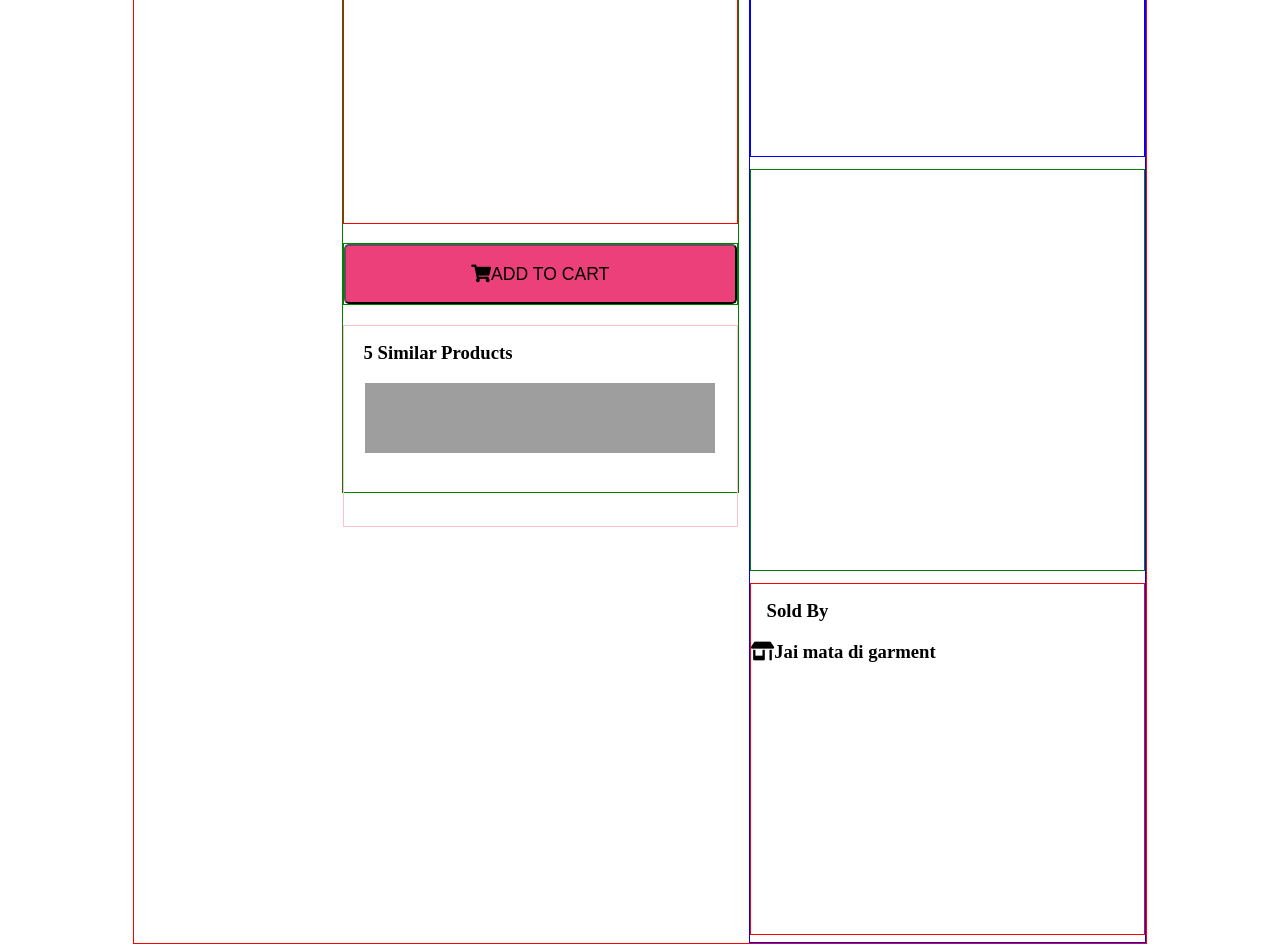
Repository: deepakxxxx/meesho
Page: catelog.html
These files come from the project's save history. The page is drawn as it stood at one moment and after a run of saves; the edit follows.
The browser window is 1280 px wide. The pictures show the part of the page from y = 419 to 1371 px (the page is 1371 px tall).
Pictures or frames that could not be fetched are drawn as grey boxes. A picture or video elsewhere on the page could not be fetched, so the positions and the page height are approximate.

Above is the page before, as saved 2021-11-06 17:40:51.

### catelog.html
<!DOCTYPE html>
<html lang="en">
<head>
    <meta charset="UTF-8">
    <meta http-equiv="X-UA-Compatible" content="IE=edge">
    <meta name="viewport" content="width=device-width, initial-scale=1.0">
    <link rel="stylesheet" href="https://use.fontawesome.com/releases/v5.15.4/css/all.css" integrity="sha384-DyZ88mC6Up2uqS4h/KRgHuoeGwBcD4Ng9SiP4dIRy0EXTlnuz47vAwmeGwVChigm" crossorigin="anonymous">
    <title>Document</title>
</head>
<style>
      #main{
        width: 100%;
        height: 136px;
        border: 1px solid white;
        margin: auto;
        /* position: fixed; */
    }
    #top{
        width: 100%;
        height: 70px;
        /* border: 1px solid red; */
        display: flex;

    }
    #left{
        display: flex;
        width: 55%;
    }
    #meesho{
      text-decoration: none;
      font-size: 50px;
      color: #F06292;
      font-weight: bold;
      margin-left: 25%;
      margin-top: 1%;
      /* margin-right: 0px; */
    }
    #search{
        /* margin-left: 30%; */
        height: 60px;
        width: 400px;
        border-radius: 6px;
        margin-top: 1%;
        /* margin-left: 0px; */
        border: 1px solid #BDBDBD;
        font-size: 90%;
        /* margin-right: 60%; */
    }
    #right{
        display: flex;
        list-style-type: none;
        column-gap: 30px;

    }
    #rightmain{
        width: 45%;
        margin-right: 6%;
        /* margin-top: 9px; */
    }
    #app{
        text-decoration: none;
        margin-left: 10px;
        margin-top: 9px;
        font-size: 103%;
        color: black;
    }
    #supp{
        text-decoration: none;
        margin-top: 9px;
        font-size: 103%;
        color: black;
    }
    #profile{
        text-decoration: none;
        font-size: 103%;
        color: black;
    }
    #cart{
        text-decoration: none;
        font-size: 103%;
        color: black;
    }
    #app:hover{
        color: #EC407A;
        text-decoration: underline;
    }
    #profile:hover{
        color: #EC407A;
        text-decoration: underline;
    }
    .line1{
        height: 30px;
    }
    .line2{
        color: #BDBDBD;
    }
    #heading
    {
        width: 73%;
        margin:  5% auto auto auto ;
        display: grid;
        grid-template-columns: 23% 54% 23%;
        padding: 1%;
        position: sticky;
    }
    #topic{
        margin-top:-15px;
        text-align: center;
    }
    #collection{
        display: flex;
        margin-left: 2%;
        list-style-type: none;
        font-size: 105%;
        column-gap: 63px;

    }
    ul > a{
        text-decoration: none;
        color: black;
    }
    ul > a :hover{
        color: #EC407A;
        /* text-decoration: underline; */
    }
    #container{
        width: 80%;
        border: 1px solid red;
        margin: auto;
        display: flex;
        margin-top: 1%;
        column-gap: 1%;
    }
    #smallImg{
        width: 20%;
        /* border: 1px solid blue; */
        height: 300px;
    }
    #bigImg{
        width: 40%;
        border: 1px solid green;
        height: 750px;
    }
    #descr{
        width: 40%;
        border: 1px solid blue;
        height: 1200px;
    }
    .product_sneek_peek{
        width: 70px;
        height: 70px;
        border: 1px solid red;
        margin-left: 69%;
        border-radius: 5px;
    }
    #imgDi{
        width: 99.5%;
        height: 480px;
        border: 1px solid red;
    }
    #addto{
        width: 99.5%;
        height: 60px;
        border: 1px solid green;
        margin-top: 5%;
    }
    #addto > button{
        width: 100%;
        height: 100%;
        background-color: #EC407A;
        font-size: 110%;
        border-radius: 5px;
    }
    #similar{
        width: 99.5%;
        height: 200px;
        border: 1px solid pink;
        margin-top: 5%;
    }
    #deta{
        width: 99.5%;
        height: 200px;
        border: 1px solid red;
    }
    #sizes{
        width: 99.5%;
        height: 200px;
        border: 1px solid blue;
        margin-top: 3%;
    }
    #infor{
        width: 99.5%;
        height: 400px;
        border: 1px solid green;
        margin-top: 3%;
    }
    #deler{
        width: 99.5%;
        height: 350px;
        border: 1px solid red;
        margin-top: 3%;
    }
    #similar > h3{
        margin-left: 5%;
        margin-top: 4%;
    }
    #simimg{
        display: flex;
        justify-content: center;
    }
    #simimg > img{
        width: 70px;
        height: 70px;
    }
    #deler > h3{
        margin-top: 4%;
        margin-left: 4%;
    }
</style>
<body>
    <div id="main">

        <div id="top">
            <div id="left">
             <span><a href="" id="meesho"><img src="https://cdn.hevodata.com/customer/logo/8c76f62bd88177a78bb6e2810a244446.png" alt="" rel = "icon" width="40%"></span></a>
             <span><input type="search" id="search" placeholder="Try Saree,Kurti or Search by Product Code"> </span>
            </div>
            <div id="rightmain">
                <ul id="right">
                    <div id="app">
                      <li><a href="" id="app"><i class="fas fa-mobile-alt"></i></a><a href="" id="app">Download App</a></li>

                    </div>
                    <hr class="line1">
                    <div id="supp">
                      <li><a href="" id="supp">Become a Supplier</a></li>

                    </div>
                    <hr class="line1">
                    <div>
                       <a href="" id="profile"><i class="far fa-user"></i></a>
                      <li><a href="" id="profile">Profile</a></li>
                    </div>

                    <hr class="line1">
                    <div>
                      <a href="" id="cart"><i class="fas fa-shopping-cart"></i></a>
                      <li><a href="" id="cart">Cart</a></li></li>
                    </div>

                </ul>
            </div>
        </div>

        <hr class="line2">
        <div id="secondLine">
        <ul id="collection">
            <a href="" class="same"><li>Women Ethnic</li></a>

            <a href="" class="same"><li>Women Western</li></a>

            <a href="" class="same"><li>Jewellery & Accessories</li></a>
            <a href="" class="same"><li>Men</li></a>
            <a href="" class="same"><li>Beauty & Health</li></a>
            <a href="" class="same"><li>Bags & Footwear</li></a>
            <a href="" class="same"><li>Home & Kitchen</li></a>
            <a href="" class="same"><li>Kids</li></a>
            <a href="" class="same"><li>Electronics</li></a>
        </ul>
      </div>
      <hr class="line2">
    </div>

    <div id="container">
        <div id="smallImg">
            <div class="product_sneek_peek">

            </div>
        </div>
        <div id="bigImg">
            <div id="imgDi">

            </div>
            <div id="addto">
                <button><i class="fas fa-shopping-cart"></i>ADD TO CART</button>
            </div>
            <div id="similar">
            <h3>5 Similar Products</h3>
            <div id="simimg">
                <img src="https://images.meesho.com/images/products/59272960/fddtp_512.jpg"/>
                <img src="https://images.meesho.com/images/products/59272964/a4l8y_512.jpg"/>
                <img src="https://images.meesho.com/images/products/59272962/azz7k_512.jpg"/>
                <img src="https://images.meesho.com/images/products/59272963/a5qjv_512.jpg"/>
                <img src="https://images.meesho.com/images/products/59272961/mx9tt_512.jpg"/>
            </div>
            </div>
        </div>
        <div id="descr">
            <div id="deta"></div>
            <div id="sizes"></div>
            <div id="infor"></div>
            <div id="deler">
                <h3>Sold By</h3>
               <span><h3><i class="fas fa-store-alt"></i>Jai mata di garment</h3></span>

            </div>
        </div>
    </div>
</body>
</html>

After the next 2 saves:
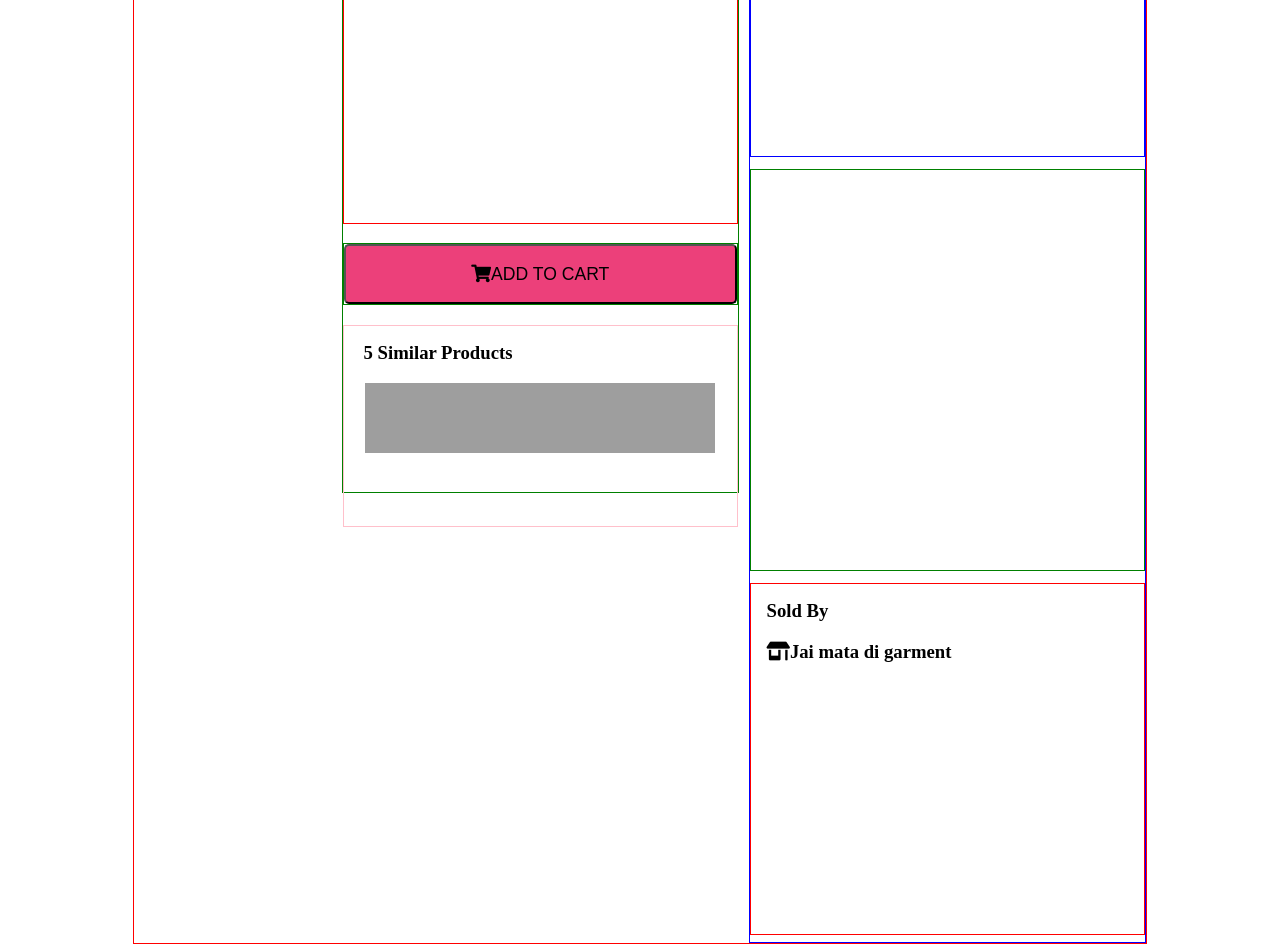
The 2 saves are shown as one change because they came seconds apart.
The last was saved 82 s later.
--- a/catelog.html
+++ b/catelog.html
@@ -301,8 +301,7 @@
             <div id="infor"></div>
             <div id="deler">
                 <h3>Sold By</h3>
-               <span><h3><i class="fas fa-store-alt"></i>Jai mata di garment</h3></span>
-
+                <h3><i class="fas fa-store-alt"></i>Jai mata di garment</h3>
             </div>
         </div>
     </div>

After the 4 saves that followed:
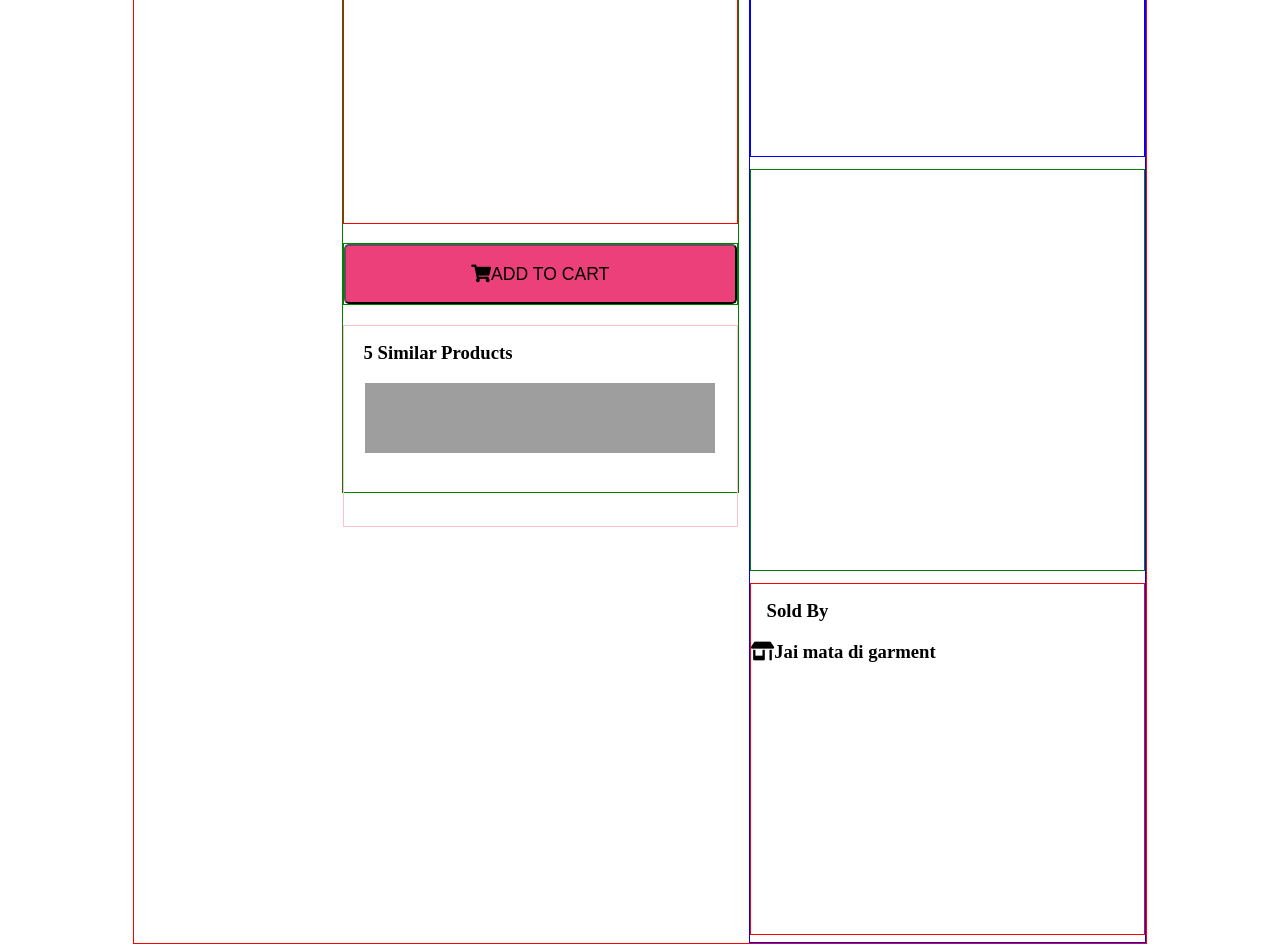
The 4 saves are shown as one change because 1 left the picture as it was and some came seconds apart.
The last was saved 42 s later.
--- a/catelog.html
+++ b/catelog.html
@@ -301,7 +301,10 @@
             <div id="infor"></div>
             <div id="deler">
                 <h3>Sold By</h3>
-                <h3><i class="fas fa-store-alt"></i>Jai mata di garment</h3>
+                <div>
+                    <h3><i class="fas fa-store-alt"></i>Jai mata di garment</h3>
+                </div>
+
             </div>
         </div>
     </div>
